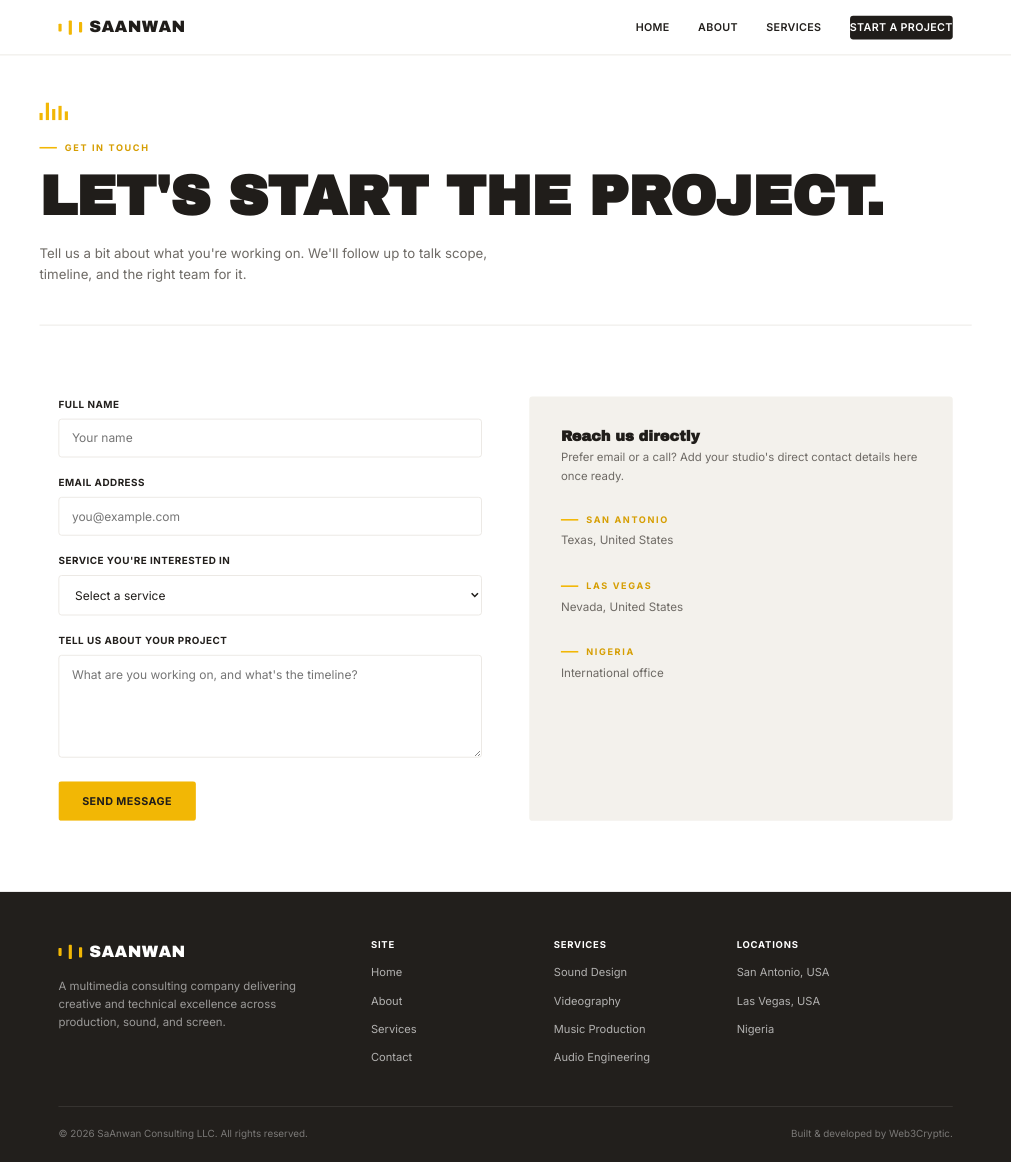
Repository: joshuaonazi/saanwan
Page: contact.html
These files come from the project's save history. The page is drawn as it stood at one moment and after the next save; the edit follows.
The browser window is 1280 px wide. The pictures show the whole page, at 79% of full size.

Above is the page before, as saved 2026-07-07 15:36:47.

After the next save:
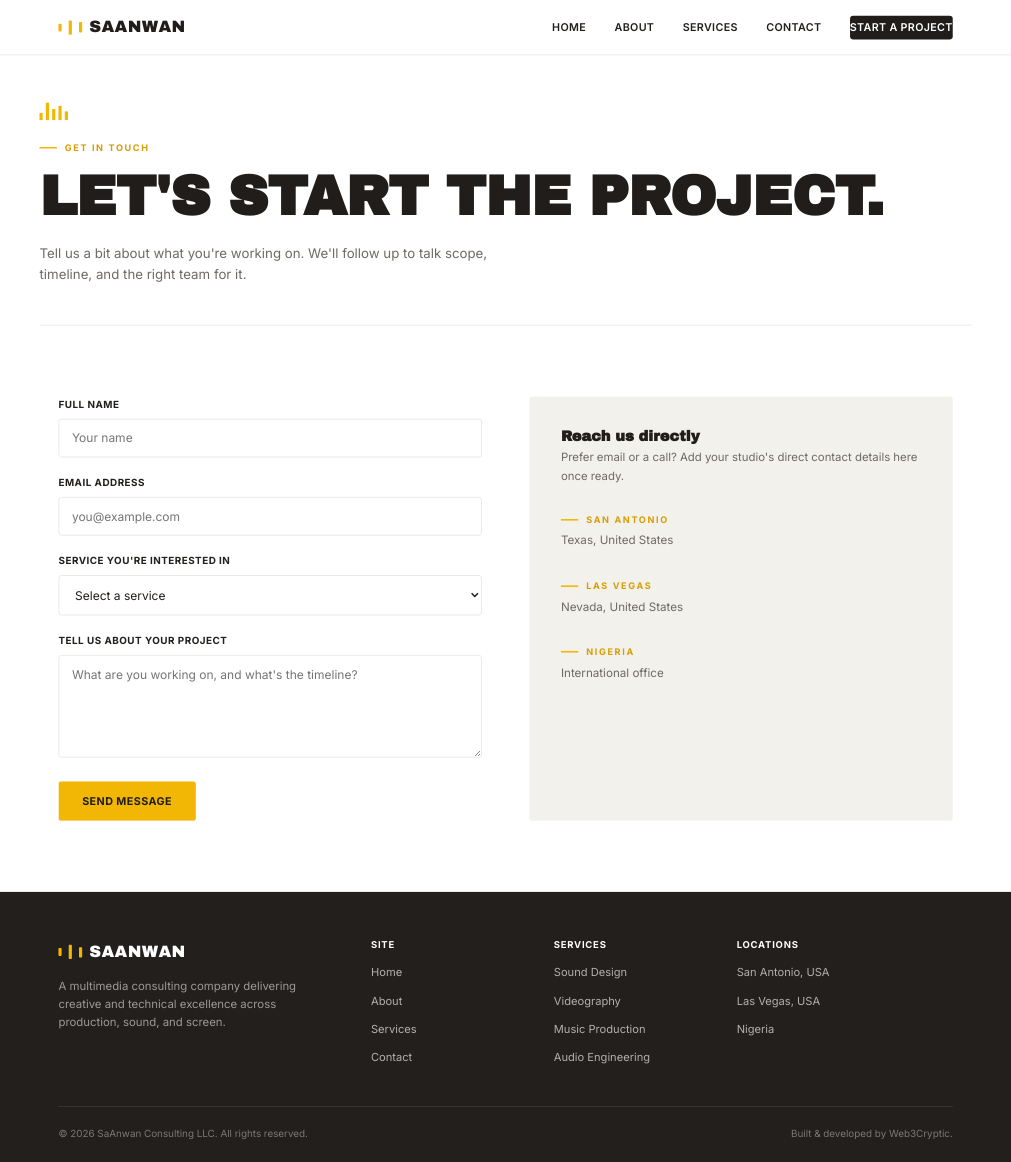
Saved 25 s later.
--- a/contact.html
+++ b/contact.html
@@ -25,8 +25,8 @@
       <a href="index.html">Home</a>
       <a href="about.html">About</a>
       <a href="services.html">Services</a>
-      <a href="contact.html" class="nav-cta" aria-current="page">Start a Project</a>
-    </div>
+      <a href="contact.html">Contact</a>
+      <a href="contact.html" class="nav-cta">Start a Project</a>    </div>
   </nav>
 </header>
 
